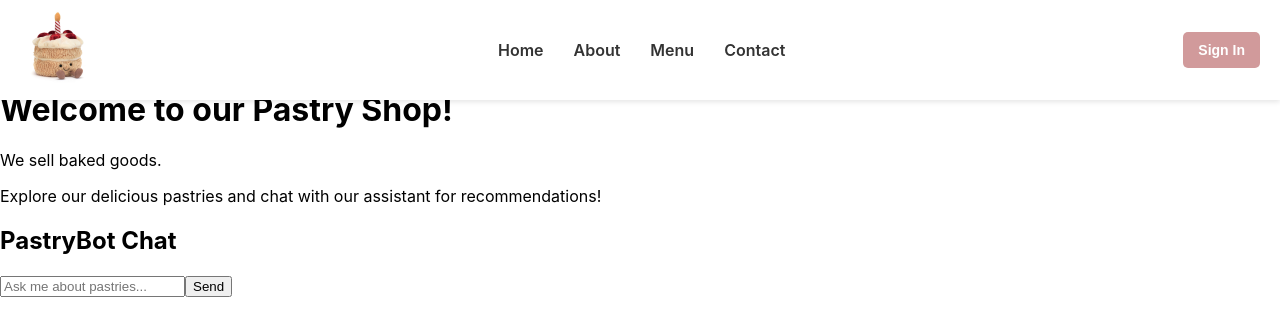
Repository: agrnerd17/Website-Chatbot
Page: / (app in pastry-chatbot/)
The author's editor kept a copy of each file at every save. The page is drawn from the files as they stood at one save, then again after the next save.
The browser window is 1280 px wide. The pictures show the whole page.
The project was rebuilt for these pictures with package versions that can differ from the ones it lists, and the page was loaded fresh each time. Also part of the build but not shown: pastry-chatbot/src/styles/Chatbot.css.

Above is the page before, as saved 2024-12-08 14:30:27.

### pastry-chatbot/src/App.js
import React from "react";
import Chatbot from "./components/Chatbot";
import Navbar from "./components/Navbar";
import "./styles/Navbar.css";

function App() {
  return (
    <div className="App">
      <div>
        <Navbar />
        <main style={{ marginTop: "90px" }}> {/* Adjust */}
          <h1>Welcome to our Pastry Shop!</h1>
          <p>We sell baked goods.</p>
        </main>
      </div>
      <main>
        <div className="content text-center">
          <p>Explore our delicious pastries and chat with our assistant for recommendations!</p>
        </div>
      </main>
      <Chatbot /> {/* Include the chatbot */}
    </div>

  );
}

export default App;

### pastry-chatbot/src/components/Chatbot.js
import React, { useState } from "react";
import { getChatbotResponse } from "../api/cohereAPI";
import "../styles/Chatbot.css";

const Chatbot = () => {
  const [messages, setMessages] = useState([]);
  const [userInput, setUserInput] = useState("");

  const handleSend = async () => {
    if (!userInput.trim()) return;

    const userMessage = { sender: "user", text: userInput };
    setMessages((prev) => [...prev, userMessage]);
    setUserInput("");

    const prompt = messages
      .map((msg) => `${msg.sender}: ${msg.text}`)
      .join("\n") + `\nuser: ${userInput}\nbot:`;

    const botResponse = await getChatbotResponse(prompt);
    const botMessage = { sender: "bot", text: botResponse };
    setMessages((prev) => [...prev, botMessage]);
  };

  return (
    <div className="flex flex-col items-center w-full max-w-lg p-4 bg-gray-100 rounded-lg shadow-md">
      <h2 className="text-2xl font-bold mb-4">PastryBot Chat</h2>
      <div className="flex flex-col w-full h-96 overflow-y-auto bg-white border rounded-lg p-4 mb-4">
        {messages.map((msg, index) => (
          <div
            key={index}
            className={`p-2 rounded mb-2 ${
              msg.sender === "user"
                ? "self-end bg-blue-500 text-white"
                : "self-start bg-gray-200"
            }`}
          >
            {msg.text}
          </div>
        ))}
      </div>
      <div className="flex w-full gap-2">
        <input
          type="text"
          className="flex-grow p-2 border rounded-lg"
          value={userInput}
          onChange={(e) => setUserInput(e.target.value)}
          placeholder="Ask me about pastries..."
        />
        <button
          className="p-2 bg-blue-500 text-white rounded-lg hover:bg-blue-600"
          onClick={handleSend}
        >
          Send
        </button>
      </div>
    </div>
  );
};

export default Chatbot;

### pastry-chatbot/src/components/Navbar.js
import React from "react";
import "../styles/Navbar.css"; // Make sure this path is correct
import logo from "../assets/pastry_bot_icon.jpg";

const Navbar = () => {
  return (
    <nav className="navbar">
      {/* Logo */}
      <div className="navbar-logo">
        <img src={logo} alt="Pastry Logo" />
      </div>

      {/* Menu */}
      <ul className="navbar-menu">
        <li>Home</li>
        <li>About</li>
        <li>Menu</li>
        <li>Contact</li>
      </ul>

      {/* Right Action (e.g., Sign In or Cart) */}
      <div className="navbar-right">
        <button className="navbar-button">Sign In</button>
        {/* Optional cart icon */}
        {/* <i className="fas fa-shopping-cart"></i> */}
      </div>
    </nav>
  );
};

export default Navbar;

### pastry-chatbot/src/styles/Navbar.css
/* Navbar container */
.navbar {
    min-height: 100px; /* Allow flexibility for taller logos */
    display: flex;
    justify-content: space-between;
    align-items: center;
    padding: 0px 20px;
    background-color: #ffffff;
    box-shadow: 0 2px 5px rgba(0, 0, 0, 0.1);
    position: fixed;
    width: 100%;
    top: 0;
    z-index: 1000;
    box-sizing: border-box;
    overflow: hidden;
}

/* Logo styling */
.navbar-logo img {
    height: 80px;
    width: auto;
    max-height: 100%; /* Prevent the logo from exceeding the navbar height */
    object-fit: contain; /* Ensure the logo scales correctly */
}

/* Menu styling */
.navbar-menu {
    display: flex;
    gap: 30px;
    list-style: none;
    margin: 0;
    padding: 0;
}

.navbar-menu li {
    font-size: 16px;
    font-weight: 600;
    color: #333333;
    cursor: pointer;
    transition: color 0.3s;
}

.navbar-menu li:hover {
    color: #d19a9b; /* Light pink color */
}

/* Right action (e.g., button or icon) */
.navbar-right {
    display: flex;
    align-items: center;
    gap: 20px;
}

.navbar-button {
    background-color: #d19a9b; /* Light pink color */
    color: #ffffff;
    border: none;
    padding: 10px 15px;
    border-radius: 5px;
    font-size: 14px;
    font-weight: 600;
    cursor: pointer;
    transition: background-color 0.3s;
    white-space: nowrap; /* Prevent text wrap */
}

.navbar-button:hover {
    background-color: #c08888; /* Slightly darker pink */
}

/* Media query for responsiveness */
@media (max-width: 768px) {
    .navbar-menu {
        display: none; /* Hide menu on smaller screens */
    }

    .navbar-right {
        gap: 10px;
    }

    .navbar {
        padding: 10px 15px; /* Reduce padding on smaller screens */
    }
}

@media (max-width: 480px) {
    .navbar-button {
        font-size: 12px;
        padding: 8px 10px; /* Smaller button for small screens */
    }

    .navbar-logo img {
        height: 80px; /* Resize logo */
        max-height: 80px;
        object-fit: contain; /* Scale the image */
    }
}

### pastry-chatbot/src/api/cohereAPI.js
import axios from "axios";

const COHERE_API_KEY = "7ZT0rkNdOrKYfye8DC5qSUtG36H3IhRQ2pvKHDgT"; // Replace with your API key

export async function getChatbotResponse(prompt) {
  try {
    const response = await axios.post(
      "https://api.cohere.ai/v1/generate",
      {
        model: "command-xlarge-nightly",
        prompt,
        max_tokens: 100,
        temperature: 0.7,
      },
      {
        headers: {
          Authorization: `Bearer ${COHERE_API_KEY}`,
          "Content-Type": "application/json",
        },
      }
    );
    return response.data.generations[0].text.trim();
  } catch (error) {
    console.error("Error fetching response from Cohere:", error);
    return "Oops! Something went wrong. Please try again.";
  }
}

Loaded but not shown: pastry-chatbot/public/index.html (common file); pastry-chatbot/src/index.js (common file); pastry-chatbot/src/index.css (common file); pastry-chatbot/src/reportWebVitals.js (common file)

After the next save:
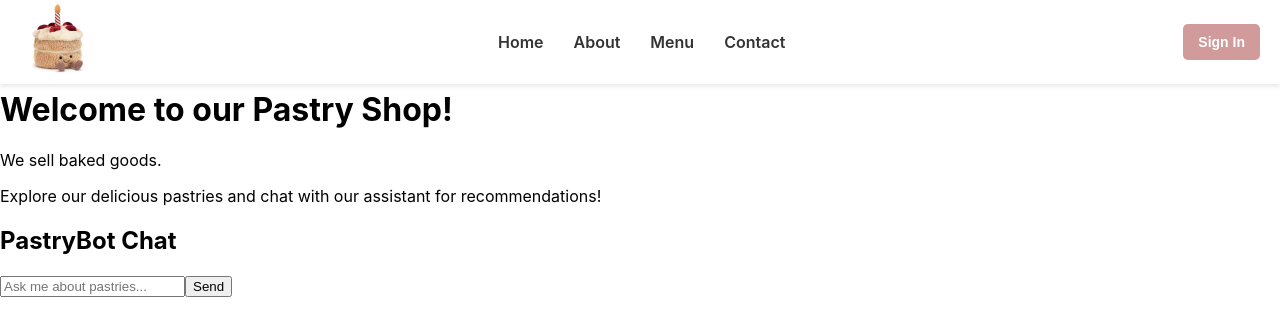
Saved 2 min 19 s later.
--- a/pastry-chatbot/src/styles/Navbar.css
+++ b/pastry-chatbot/src/styles/Navbar.css
@@ -1,6 +1,6 @@
 /* Navbar container */
 .navbar {
-    min-height: 100px; /* Allow flexibility for taller logos */
+    min-height: 80px; /* Allow flexibility for taller logos */
     display: flex;
     justify-content: space-between;
     align-items: center;

After the 2 saves that followed:
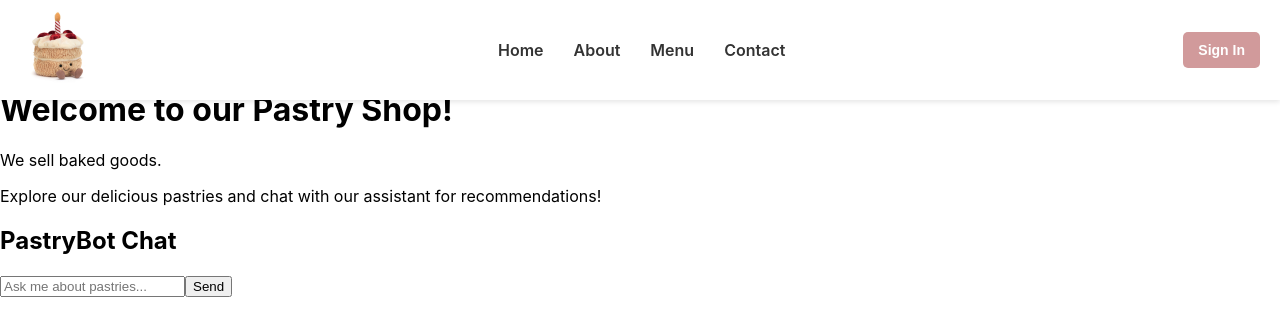
The 2 saves are shown as one change because 1 left the picture as it was.
The last was saved 10 s later.
--- a/pastry-chatbot/src/styles/Navbar.css
+++ b/pastry-chatbot/src/styles/Navbar.css
@@ -1,6 +1,6 @@
 /* Navbar container */
 .navbar {
-    min-height: 80px; /* Allow flexibility for taller logos */
+    min-height: 100px; /* Allow flexibility for taller logos */
     display: flex;
     justify-content: space-between;
     align-items: center;
